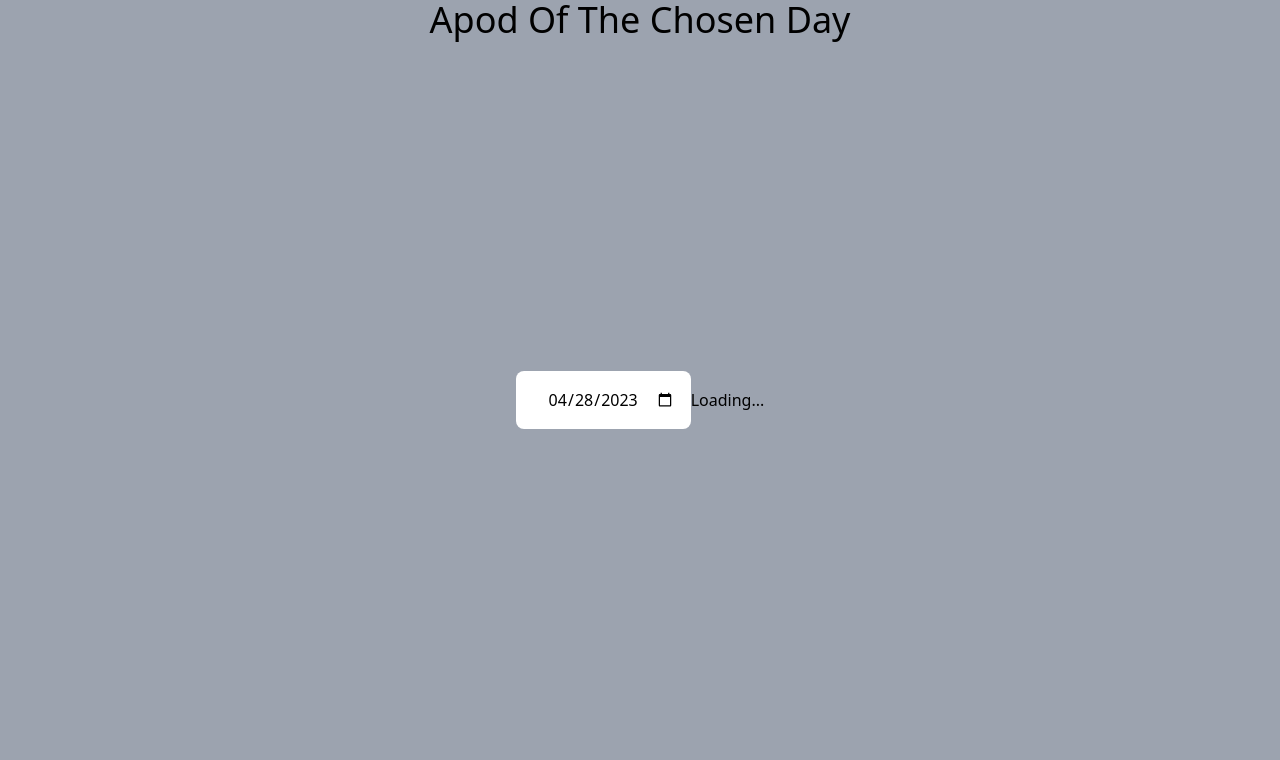
Repository: sercanisli/NasaApod
Page: /
An editor plug-in stored every save of this project. The page is shown before and after the next save, followed by the edit.
The browser window is 1280 px wide. The pictures show the whole page.
The page's requests for data from a server got no answer. The project was rebuilt for these pictures with package versions that can differ from the ones it lists, and the page was loaded fresh each time. The framework's server and built-in components were replaced by stand-ins that run in the browser. No one was signed in, and anything a server would have sent is missing. Also part of the build but not shown: next.config.js.

Above is the page before, as saved 2023-05-12 02:07:59.

### pages/index.js
import React, { useState } from 'react';
import DateSelector from '../components/DateSelector';
import Apod from '@/components/Apod';

const HomePage = () => {
  const [selectedDate, setSelectedDate] = useState(new Date().toISOString().substr(0, 10));

  const handleDateSelected = (date) => {
    setSelectedDate(date);
  };

  return (
    <div className="bg-gray-400">
      <DateSelector onDateSelected={handleDateSelected} />
      <Apod date={selectedDate} />
    </div>
  );
};

export default HomePage;

### components/DateSelector.js
import React from 'react';

const DateSelector = ({ onDateChange }) => {
  return (
    <div className="flex justify-center">
      <button onClick={() => onDateChange(new Date())}>
        <span className="text-4xl">Apod Of The Chosen Day</span>
      </button>
    </div>
  );
};

export default DateSelector;

### components/Apod.js
import React, { useState, useEffect } from 'react';
import axios from 'axios';

const API_KEY = 'EE0ZIoEOksDZKvkNgEcM1TfRaKWtTACerC0GhuJQ';

function Apod() {
  const [apodData, setApodData] = useState(null);
  const [selectedDate, setSelectedDate] = useState(new Date());

  useEffect(() => {
    const formatDate = date => {
      const year = date.getFullYear();
      const month = (date.getMonth() + 1).toString().padStart(2, '0');
      const day = date.getDate().toString().padStart(2, '0');
      return `${year}-${month}-${day}`;
    }

    const fetchApodData = async () => {
      try {
        const response = await axios.get(`https://api.nasa.gov/planetary/apod?api_key=${API_KEY}&date=${formatDate(selectedDate)}`);
        setApodData(response.data);
      } catch (error) {
        console.error(error);
      }
    };

    fetchApodData();
  }, [selectedDate]);

  const handleDateChange = event => {
    const selectedDate = new Date(event.target.value);
    setSelectedDate(selectedDate);
  };

  return (
    <div className="flex justify-center items-center h-screen">
        <div className="bg-white rounded-lg p-4">
            <input className="block mx-auto text-center" onchange="this.style.textAlign='center'" type="date" value={selectedDate.toISOString().substr(0, 10)} onChange={handleDateChange} />
        </div>
      {apodData ? (
        <div>
          <h1>{apodData.title}</h1>
          <img src={apodData.url} alt={apodData.title} />
          <p>{apodData.explanation}</p>
        </div>
      ) : (
        <p>Loading...</p>
      )}
    </div>
  );
}

export default Apod;

Loaded but not shown: pages/_app.js (common file); pages/_document.js (common file); styles/globals.css (common file); tailwind.config.js (common file)

After the next save:
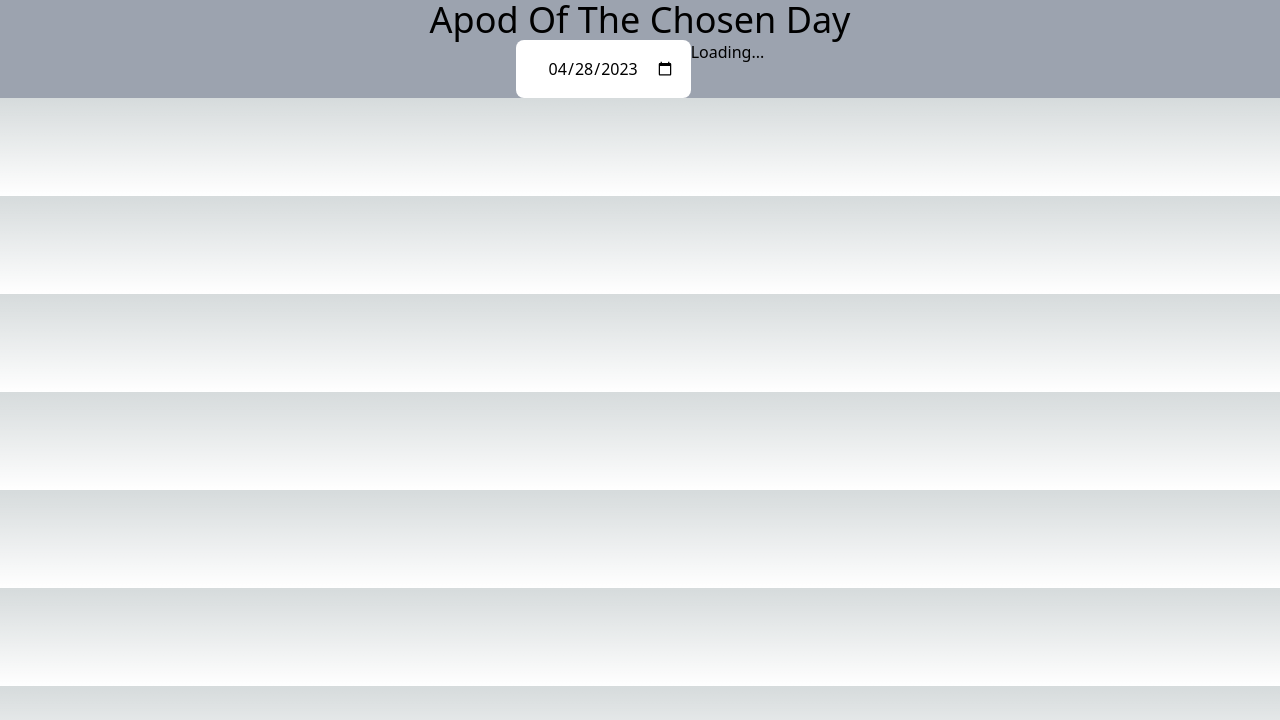
Saved 13 s later.
--- a/components/Apod.js
+++ b/components/Apod.js
@@ -33,7 +33,7 @@ function Apod() {
   };
 
   return (
-    <div className="flex justify-center items-center h-screen">
+    <div className="flex justify-center">
         <div className="bg-white rounded-lg p-4">
             <input className="block mx-auto text-center" onchange="this.style.textAlign='center'" type="date" value={selectedDate.toISOString().substr(0, 10)} onChange={handleDateChange} />
         </div>
